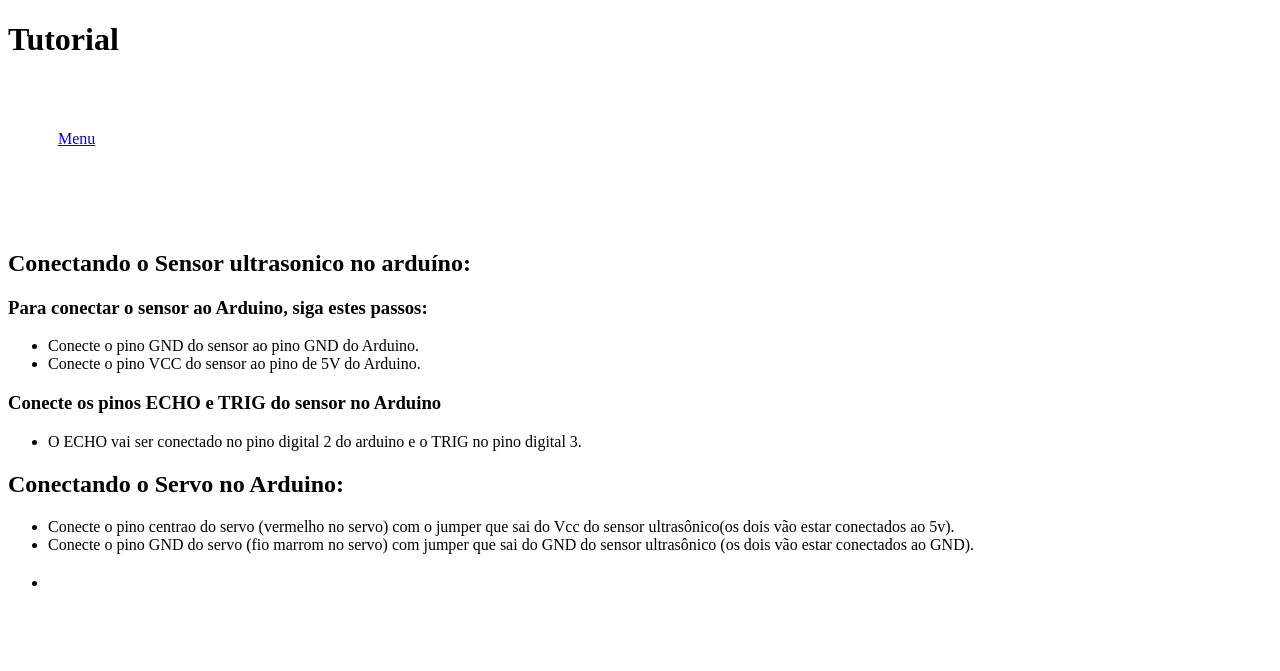
Repository: Eito2511/Site-tutorial-arduino
Page: tutorial.html
An editor plug-in stored every save of this project. The page is shown before and after a run of saves, followed by the edit.
The browser window is 1280 px wide. The pictures show the whole page.

Above is the page before, as saved 2025-06-03 18:34:14.

### tutorial.html
<!DOCTYPE html>
<html lang="en">
  <head>
    <meta charset="UTF-8" />
    <meta name="viewport" content="width=device-width, initial-scale=1.0" />
    <title>Tutorial</title>
  </head>
  <body>
    <header>
      <h1 class="titulo">Tutorial</h1>
    </header>

    <section style="height: 50px; padding: 50px">
      <a href="index.html" class="btn">Menu</a>
    </section>

    <div>
      <h2>Conectando o Sensor ultrasonico no arduíno:</h1>
      <h3>Para conectar o sensor ao Arduino, siga estes passos:</h2>
      <ul>
        <li>Conecte o pino GND do sensor ao pino GND do Arduino.</li>
        <li>Conecte o pino VCC do sensor ao pino de 5V do Arduino.</li>
      </ul>
      <h3>Conecte os pinos ECHO e TRIG do sensor no Arduino</h3>
      <ul>
        <li>O ECHO vai ser conectado no pino digital 2 do arduino e o TRIG no pino digital 3.</li>
      </ul>
    </div>

    <div>
      <h2>Conectando o Servo no Arduino:</h2>
      <ul>
        <li>
          Conecte o pino centrao do servo (vermelho no servo) com o jumper
 que sai do Vcc do sensor ultrasônico(os dois vão estar conectados
 ao 5v).
        </li>
        <li>
      Conecte o pino GND do servo (fio marrom no servo) com jumper que sai
 do GND do sensor ultrasônico (os dois vão estar conectados ao GND).
        </li>
      </ul>
    </div>

  <div>
    <h2></h2>
    <ul>
        <li>

        </li>
    </ul>
  </div>
  </body>
</html>

After the next 3 saves:
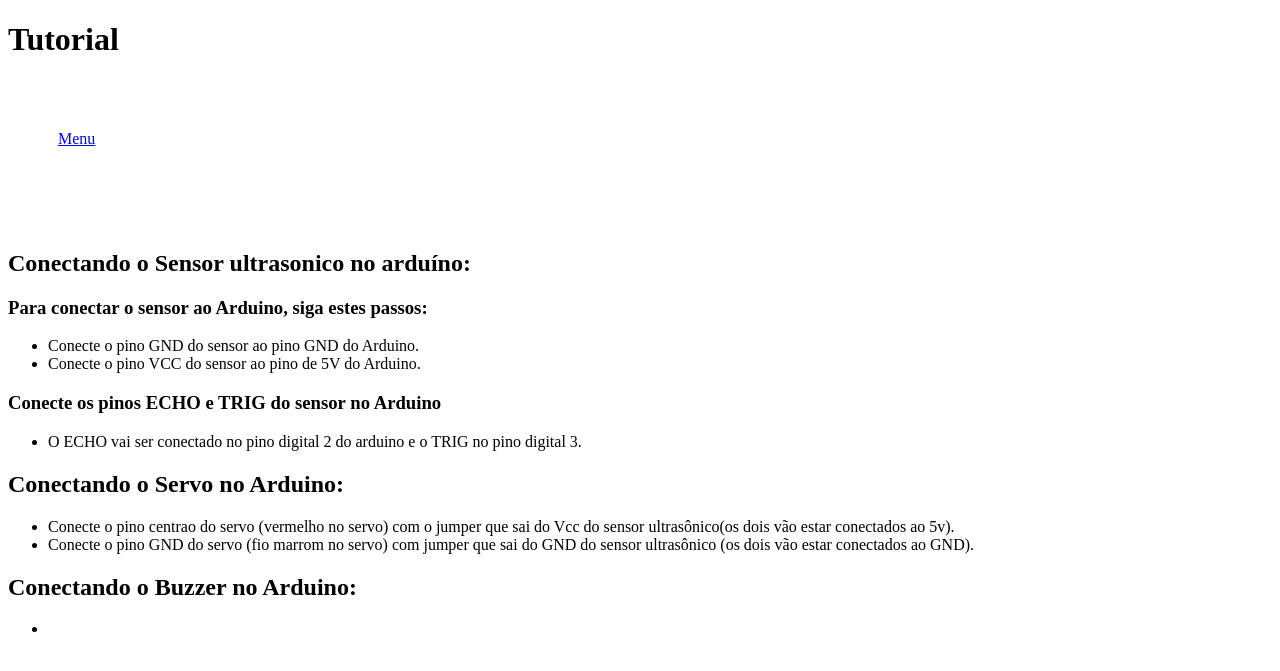
The 3 saves are shown as one change because they came seconds apart.
The last was saved 21 s later.
--- a/tutorial.html
+++ b/tutorial.html
@@ -43,7 +43,7 @@
     </div>
 
   <div>
-    <h2></h2>
+    <h2>Conectando o Buzzer no Arduino:</h2>
     <ul>
         <li>
 
